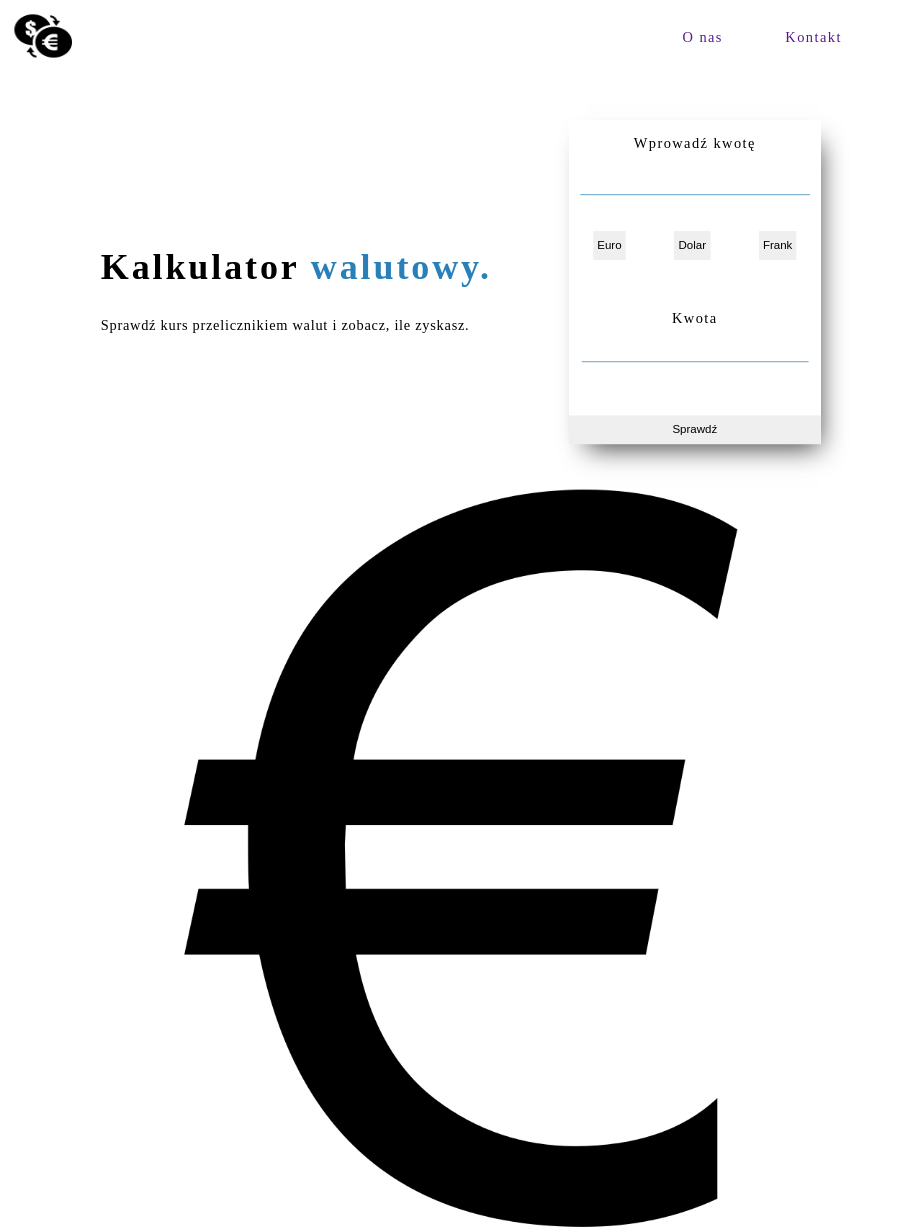
Repository: SebastianArmata22/Kalkulator-walut
Page: index.html
These files come from the project's save history. The page is drawn as it stood at one moment and after the next save; the edit follows.
The browser window is 1280 px wide. The pictures show the whole page, at 72% of full size.

Above is the page before, as saved 2020-10-24 12:28:39.

After the next save:
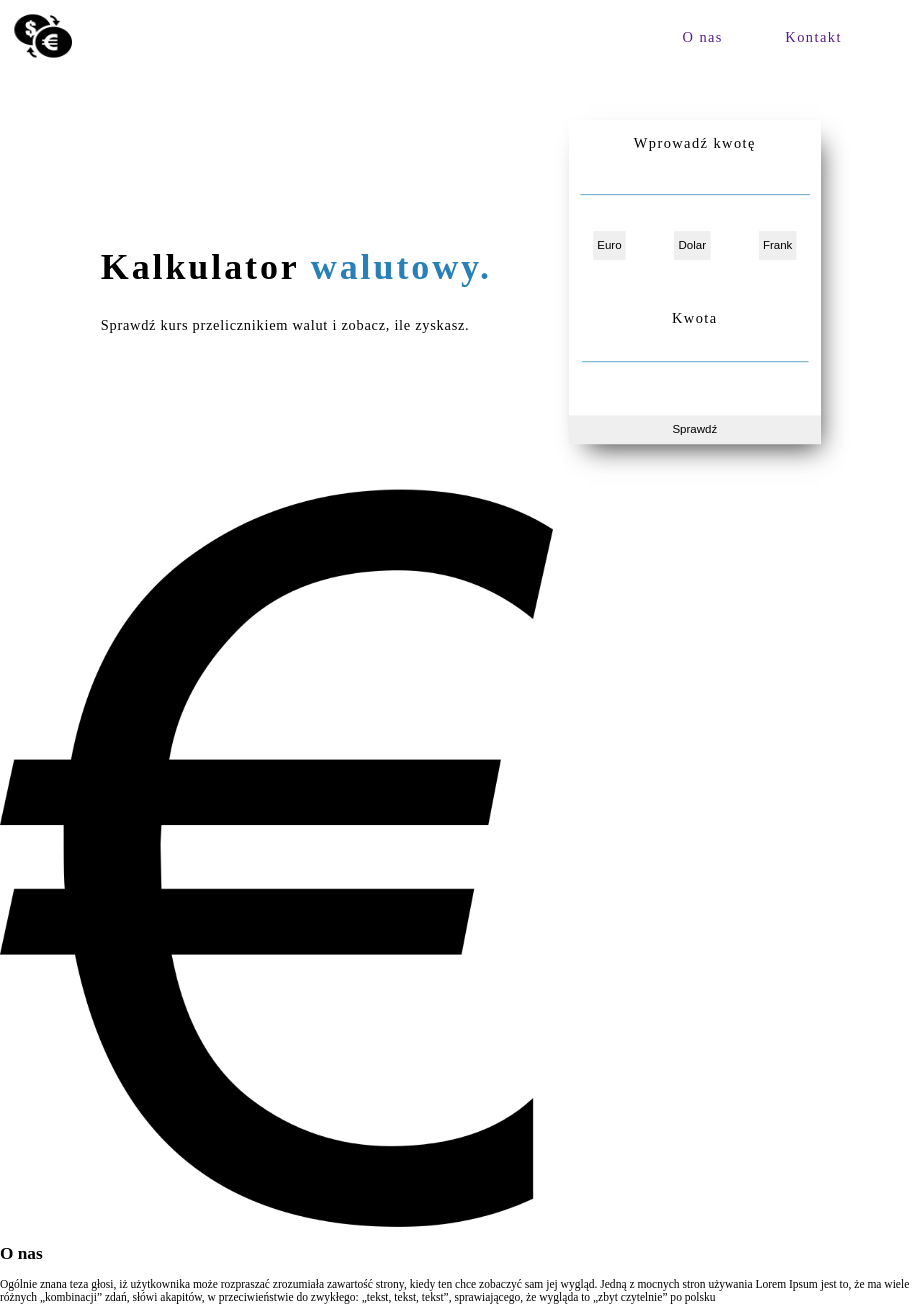
Saved 105 s later.
--- a/index.html
+++ b/index.html
@@ -47,7 +47,11 @@
         </div>
         <div class="about-us">
             <div class="photo-euro">
-                <img src="./photos/euro.png"
+                <img src="./photos/euro.png">
+            </div>
+            <div class="abous-us-contact">
+                <h2>O  nas</h2>
+                <p>Ogólnie  znana  teza  głosi,  iż  użytkownika  może  rozpraszać  zrozumiała  zawartość  strony, kiedy ten chce zobaczyć sam jej wygląd. Jedną z mocnych stron używania Lorem Ipsum jest to, że ma wiele różnych „kombinacji” zdań, słówi akapitów, w przeciwieństwie do zwykłego: „tekst,   tekst,   tekst”,   sprawiającego,   że   wygląda   to   „zbyt   czytelnie”   po   polsku</p>
             </div>
         </div>
     </div>
